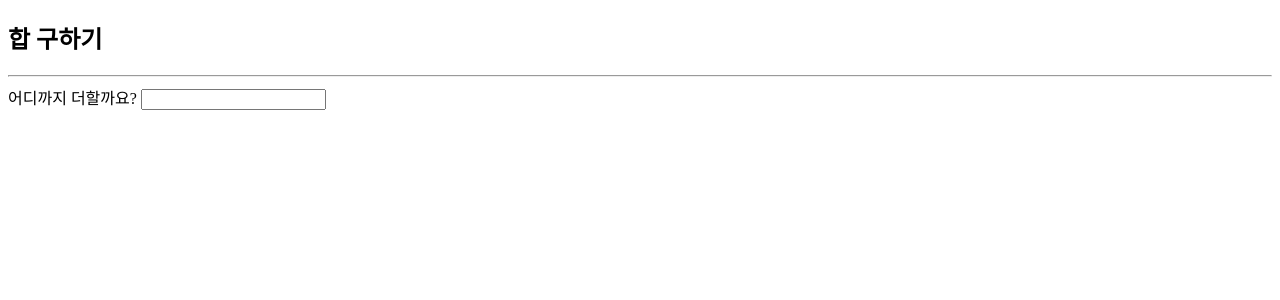
Repository: MegiLove/JavascriptStudy
Page: http://localhost/day1230/sumTest.jsp
An editor plug-in stored every save of this project. The page is shown before and after the next save, followed by the edit.
The browser window is 1280 px wide. The pictures show the whole page.
The page is served by Tomcat 9.

Above is the page before, as saved 2021-12-30 08:37:33.

### day1230/src/main/webapp/sumTest.jsp
<%@ page language="java" contentType="text/html; charset=UTF-8"
    pageEncoding="UTF-8"%>
<!DOCTYPE html>
<html>
<head>
<meta charset="UTF-8">
<title>Insert title here</title>
</head>
<body>
	<h2>합 구하기</h2>
	<hr>
	어디까지 더할까요?
	<input type="text" id="num">
</body>
</html>

After the next save:
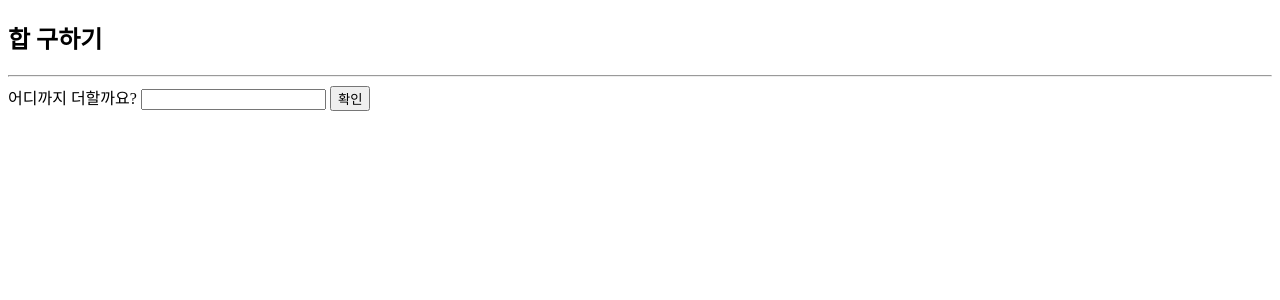
Saved 10 s later.
--- a/day1230/src/main/webapp/sumTest.jsp
+++ b/day1230/src/main/webapp/sumTest.jsp
@@ -11,5 +11,6 @@
 	<hr>
 	어디까지 더할까요?
 	<input type="text" id="num">
+	<button>확인</button>
 </body>
 </html>
